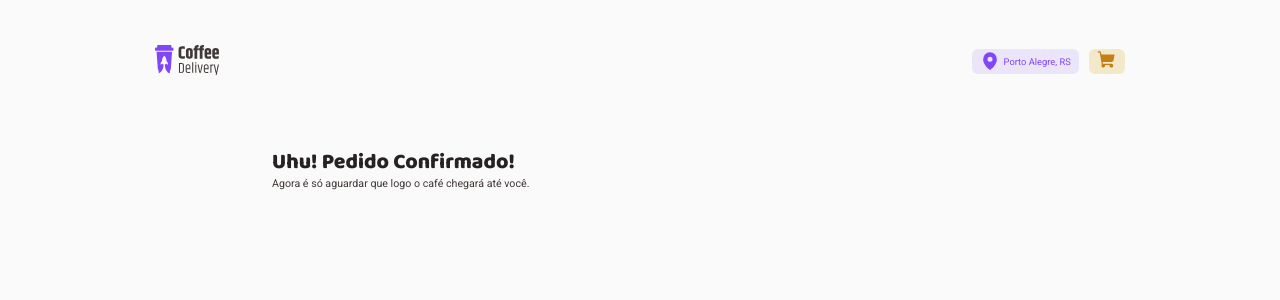
Repository: guilhermecardoso93/react-coffee-delivery
Page: /orderconfirmed
An editor plug-in stored every save of this project. The page is shown before and after the next save, followed by the edit.
The browser window is 1280 px wide. The pictures show the whole page.
The project was rebuilt for these pictures with package versions that can differ from the ones it lists, and the page was loaded fresh each time. Also part of the build but not shown: vite.config.ts, src/pages/CompleteOrder/components/SectiontitleForm/styles.ts, src/pages/CompleteOrder/components/SectiontitleForm/index.tsx, src/components/Input/styles.ts, src/components/Input/index.tsx, src/pages/CompleteOrder/styles.ts, src/pages/CompleteOrder/components/CompleteOrderForm/styles.ts, src/pages/CompleteOrder/components/CompleteOrderForm/AdressForm.tsx and 23 more.

Above is the page before, as saved 2022-07-20 22:03:44.

### index.html
<!DOCTYPE html>
<html lang="en">
  <head>
    <meta charset="UTF-8" />
    <link rel="icon" type="image/svg+xml" href="/src/assets/favicon.ico" />
    <link rel="preconnect" href="https://fonts.googleapis.com" />
    <link rel="preconnect" href="https://fonts.gstatic.com" crossorigin />
    <meta name="viewport" content="width=device-width, initial-scale=1.0" />
    <link
      href="https://fonts.googleapis.com/css2?family=Baloo+2:wght@700;800&family=Roboto:wght@400;500;700&display=swap"
      rel="stylesheet"
    />
    <title>Coffee Delivery - Rocketseat</title>
  </head>
  <body>
    <div id="root"></div>
    <script type="module" src="/src/main.tsx"></script>
  </body>
</html>

### src/App.tsx
import { ThemeProvider } from "styled-components";
import { defaultTheme } from "./styles/themes/default";
import { GlobalStyle } from "./styles/global";
import { Router } from "./Router";
import { BrowserRouter } from "react-router-dom";

export function App() {
  return (
    <ThemeProvider theme={defaultTheme}>
      <BrowserRouter>
        <Router />
        <GlobalStyle />
      </BrowserRouter>
    </ThemeProvider>
  );
}

### src/styles/themes/default.ts
export const defaultTheme = {
  colors: {
    "white": "#FFFFFF",
    "base-background": "#FAFAFA",
    "base-card": "#F3F2F2",
    "base-input": "#EDEDED",
    "base-button": "#E6E5E5",
    "base-hover": "#D7D5D5",
    "base-label": "#8D8686",
    "base-text": "#574F4D",
    "base-subtitle": "#403937",
    "base-title": "#272221",
    "base-error": "#f84747",
    "brand-purple-dark": "#4B2995",
    "brand-purple": "#8047F8",
    "brand-purple-light": "#EBE5F9",
    "brand-yellow-dark": "#C47F17",
    "brand-yellow": "#DBAC2C",
    "brand-yellow-light": "#F1E9C9"
  },
  textSizes: {
    "title-title-xl": "3rem",
    "title-title-l": "2rem",
    "title-title-m": "1.5rem",
    "title-title-s": "1.2rem",
    "title-title-xs": "1.125rem",
    "text-regular-l": "1.25rem",
    "text-bold-l": "1.25rem",
    "text-regular-m": "1rem",
    "text-bold-m": "1rem",
    "text-regular-s": "0.875rem",
    "text-bold-s": "0.75rem",
    "components-tag": "0.625rem",
    "components-button-g": "0.875rem",
    "components-button-s": "0.75rem",
  },
  fonts: {
    regular: "'Roboto'",
    title: "'Baloo 2'",
  },
};

### src/styles/global.ts
import { createGlobalStyle } from "styled-components";
import { px2vw } from "../utils/px2vw";

export const GlobalStyle = createGlobalStyle`
  * {
    margin: 0;
    padding: 0;
    box-sizing: border-box;
    outline: none;
  }
  :root {
      font-size: ${px2vw(16)};

      @media (min-width: 768px) {
        font-size: ${px2vw(14)};
      }

      @media (min-width: 1024px) {
        font-size: ${px2vw(12)};
      }
    }
  body {
    background: ${({ theme }) => theme.colors["base-background"]};
    color: ${({ theme }) => theme.colors["base-text"]};
    -webkit-font-smoothing: antialiased;
  }
  body, input, textarea, button {
    font-family: 'Roboto', sans-serif;
    font-weight: 400;
    font-size: 1rem;
  }
  button {
    cursor: pointer;
  }
  a {
    text-decoration: none;
  }
  input::-webkit-outer-spin-button,
  input::-webkit-inner-spin-button {
    -webkit-appearance: none;
    margin: 0;
  }
  input[type="number"] {
    -moz-appearance: textfield;
  }
  ::-webkit-scrollbar {
    width: 0.4rem;
  }
  ::-webkit-scrollbar-track {
    background: ${({ theme }) => theme.colors["base-button"]}
  }
  ::-webkit-scrollbar-thumb {
    border-radius: 2rem;
    background: ${({ theme }) => theme.colors["brand-purple"]}
  }
`;

### src/Router.tsx
import { Route, Routes } from "react-router-dom";
import { DefaultLayout } from "./layouts/DefaultLayout";
import { CompleteOrder } from "./pages/CompleteOrder";
import { Home } from "./pages/Home";
import { OrderConfirmed } from "./pages/OrderConfirmed";

export function Router() {
  return (
    <Routes>
      <Route path="/" element={<DefaultLayout />}>
        <Route path="/" element={<Home />} />
        <Route path="/completeorder" element={<CompleteOrder />} />
        <Route path="/orderconfirmed" element={<OrderConfirmed />} />
      </Route>
    </Routes>
  );
}

### src/utils/px2vw.ts
export const px2vw = (size: number, width = 1440) => `${(size / width) * 100}vw`;

### src/pages/OrderConfirmed/index.tsx
import { RegularText, TitleText } from "../../components/Texts";
import { OrderConfirmedContainer } from "./styles";

export function OrderConfirmed() {
  return (
    <OrderConfirmedContainer className="container">
      <div>
        <TitleText size="l">Uhu! Pedido Confirmado!</TitleText>
        <RegularText color="subtitle">
          {" "}Agora é só aguardar que logo o café chegará até você.
        </RegularText>
      </div>
    </OrderConfirmedContainer>
  );
}

### src/components/Header/index.tsx
import { MapPin, ShoppingCart } from "phosphor-react";
import { NavLink } from "react-router-dom";
import Logo from "../../assets/logo.svg";
import { HeaderButton, HeaderButtonBase, HeaderContainer } from "./styles";

export function Header() {
  return (
    <HeaderContainer>
      <div>
        <NavLink to="/">
          <img
            src={Logo}
            alt="Coffee Delivery Logo - copo de café escrito delivery"
          />
        </NavLink>
      </div>
      <div>
        <HeaderButton>
          <HeaderButtonBase variant="purple">
            <MapPin size={20} weight="fill" />
            Porto Alegre, RS
          </HeaderButtonBase>
          <HeaderButtonBase variant="yellow">
            <NavLink to="/completeorder">
              <ShoppingCart size={20} weight="fill" />
            </NavLink>
          </HeaderButtonBase>
        </HeaderButton>
      </div>
    </HeaderContainer>
  );
}

### src/layouts/DefaultLayout/styles.ts
import styled from "styled-components";

export const LayoutContainer = styled.div`
  max-width: 80vw;
  margin: 0 auto;
  padding: 2.5rem;

  display: flex;
  flex-direction: column;

  .container {
    width: 100%;
    max-width: 70rem;
    margin-right: auto;
    margin-left: auto;

    padding: 0 0.5rem;
  }
`;

### src/components/Texts.ts
import styled from "styled-components";

interface TitleTextProps {
  size?: "xl" | "l" | "m" | "s" | "xs";
  color?: "title" | "subtitle" | "text";
  weight?: string | number;
}

interface RegularTextProps {
  size?: "l" | "m" | "s";
  color?: "text" | "subtitle" | "label";
  weight?: string | number;
}

export const TitleText = styled.h1<TitleTextProps>`
  color: ${({ theme, color }) => theme.colors[`base-${color ?? "title"}`]};
  font-size: ${({ theme, size }) =>
    theme.textSizes[`title-title-${size ?? "m"}`]};
  font-family: ${({ theme }) => theme.fonts.title};
  line-height: 130%;
  font-weight: ${({ weight }) => weight ?? 800};
`;

export const RegularText = styled.p<RegularTextProps>`
  color: ${({ theme, color }) => theme.colors[`base-${color ?? "text"}`]};
  font-size: ${({ theme, size }) =>
    theme.textSizes[`text-regular-${size ?? "m"}`]};
  line-height: 130%;
  font-weight: ${({ weight }) => weight ?? 400};
`;

### src/pages/OrderConfirmed/styles.ts
import styled from "styled-components";

export const OrderConfirmedContainer = styled.form`
  display: flex;
  flex-direction: column;
  gap: 2.5rem;
  margin-top: 5rem;

  h1 {
     color: ${({ theme }) => theme.colors["yellow-dark"]};
  }
`;

### src/components/Header/styles.ts
import styled, { css } from "styled-components";

export const HeaderContainer = styled.header`
  width: 100%;
  display: flex;
  align-items: center;
  justify-content: space-between;
  height: 6.5rem;
  background: ${({ theme }) => theme.colors["base-background"]};
  position: sticky;
  top: 0;
  left: 0;
  z-index: 5;

  img {
    width:6rem;
  }
`;

export const HeaderButton = styled.div`
  display: flex;
  align-items: center;
  justify-content: center;
  gap: 1rem;
`;

interface HeaderButtonProps {
  variant: "purple" | "yellow";
}

export const HeaderButtonBase = styled.div<HeaderButtonProps>`
  display: flex;
  justify-content: center;
  align-items: center;
  padding: 8px;
  gap: 4px;
  border-radius: 6px;
  border: none;
  min-width: 2.3rem;
  height: 2.3rem;
  position: relative;
  font-size: 0.875rem;

  ${({ variant, theme }) =>
    variant === "purple" &&
    css`
      background-color: ${theme.colors[`brand-${variant}-light`]};
      color: ${theme.colors[`brand-${variant}`]};
    `}

  ${({ variant, theme }) =>
    variant === "yellow" &&
    css`
      background-color: ${theme.colors[`brand-${variant}-light`]};
      svg {
        color: ${theme.colors[`brand-${variant}-dark`]};
      }
    `}
`;

Loaded but not shown: src/main.tsx (common file); src/layouts/DefaultLayout/index.tsx (common file)

After the next save:
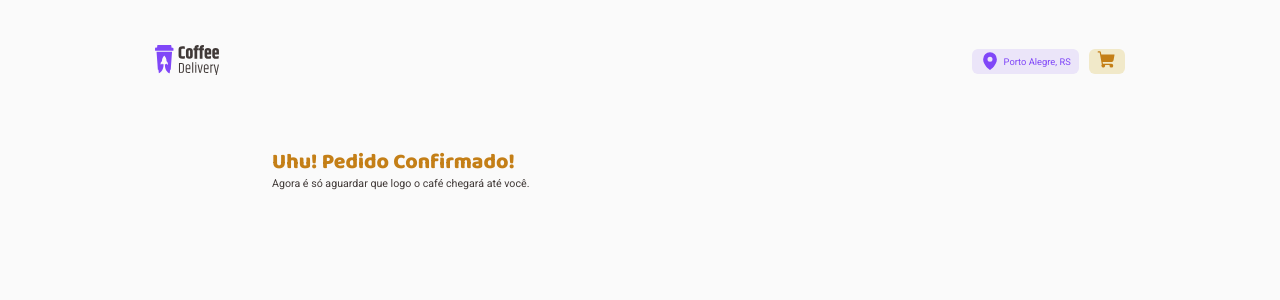
Saved 13 s later.
--- a/src/pages/OrderConfirmed/styles.ts
+++ b/src/pages/OrderConfirmed/styles.ts
@@ -7,6 +7,6 @@ export const OrderConfirmedContainer = styled.form`
   margin-top: 5rem;
 
   h1 {
-     color: ${({ theme }) => theme.colors["yellow-dark"]};
+    color: ${({ theme }) => theme.colors["brand-yellow-dark"]};
   }
 `;
